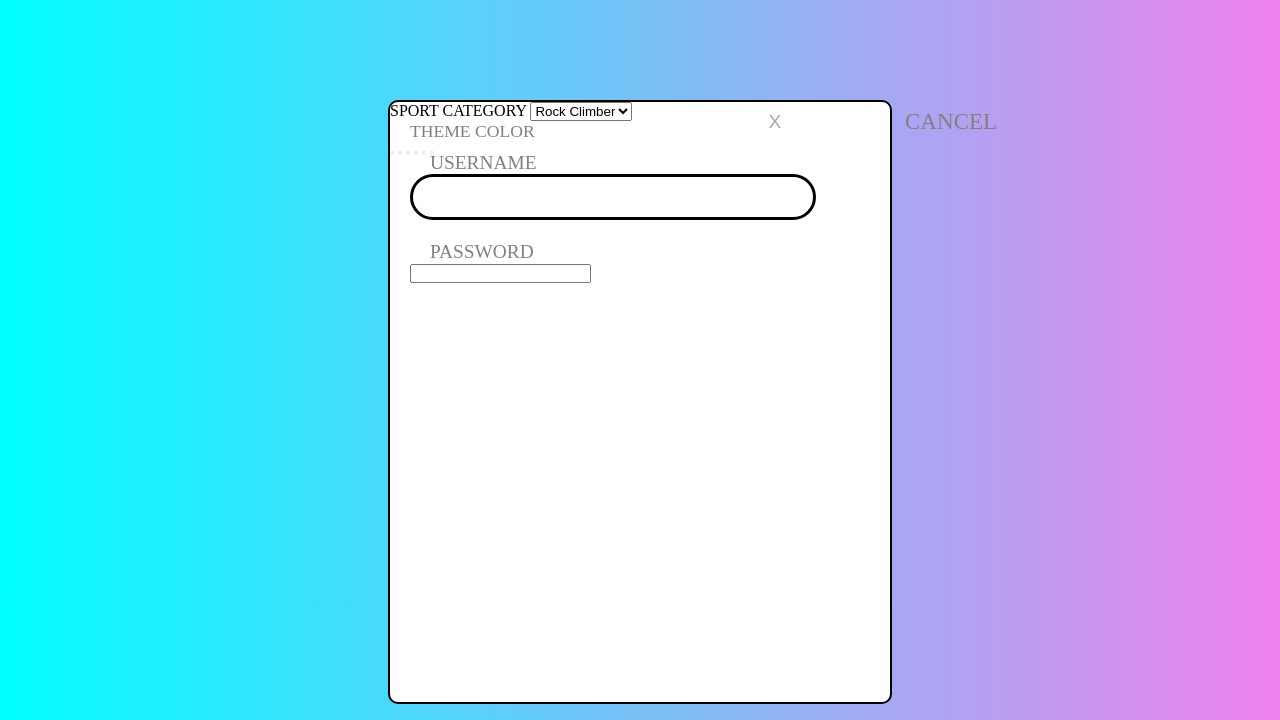
Repository: zRush1202/LoginPage-demo
Page: dom/exercise/login.html
These files come from the project's save history. The page is drawn as it stood at one moment and after the next save; the edit follows.
The browser window is 1280 px wide. The pictures show the whole page.

Above is the page before, as saved 2023-09-17 09:26:57.

### dom/exercise/login.html
<!DOCTYPE html>
<html lang="en">
<head>
    <meta charset="UTF-8">
    <meta name="viewport" content="width=device-width, initial-scale=1.0">
    <title>Login page</title>
    <link rel="stylesheet" href="login.css">
</head>
<body>
    <div class="login">
        <div class="cancel">
            <button class="X">X</button>
            <span class="cancel">CANCEL</span>
        </div>
        <div class="tk">
            <span class="us">USERNAME</span>
            <br>
            <input type="USERNAME" class="user">
            <br>
            <span class="pa">PASSWORD</span>
            <br>
            <input type="PASSWORD" class="pass">
            <br>
        </div>
        <div>
            <label for="sport">SPORT CATEGORY</label>
            <select name="sport" id="sport">
                <option value="rc">Rock Climber</option>
                <option value="fb">Football</option>
                <option value="bkb">basketball</option>
                <option value="sm">swimming</option>
            </select>
        </div>
        <div>
            <span>THEME COLOR</span>
            <br>
            <button class="bgc" style="color: pink;"></button>
            <button class="bgc" style="color: wheat;"></button>
            <button class="bgc" style="color: green;"></button>
            <button class="bgc" style="color: violet;"></button>
            <button class="bgc" style="color: cyan;"></button>
            <button class="bgc" style="color: gray;"></button>
        </div>
    </div>
</body>
</html>

### dom/exercise/login.css
* {
    margin: 0;
    padding: 0;
}

body {
    display: flex;
    justify-content: center;
    align-items: center;
    position: relative;
    top: 100px;
    background-image: linear-gradient(to right, cyan, violet);
}

.login {
    display: block;
    width: 500px;
    height: 600px;
    background-color: white;
    border: 2px solid black;
    border-radius: 10px;
    position: relative;
}

.cancel {
    position: absolute;
    right: 5px;
    top: 3px;
}

.cancel {
    font-size: 120%;

}

.X {
    height: 20px;
    width: 20px;
    color: darkgray;
    font-size: 100%;
    border: none;
    background-color: transparent;
    position: absolute;
    right: 100px;
    top: 6px;
}

.user {
    height: 40px;
    width: 400px;
    border-radius: 50px;
    border: 3px solid black;
    margin-top: 5px;
    display: block;margin: 0 auto;
}

.tk, span {
    font-size: 110%;
    color: gray;
    position: absolute;
    left: 20px;
}

.us {
    position: relative;
}

.tk {
    position: absolute;
    top: 50px;
}

After the next save:
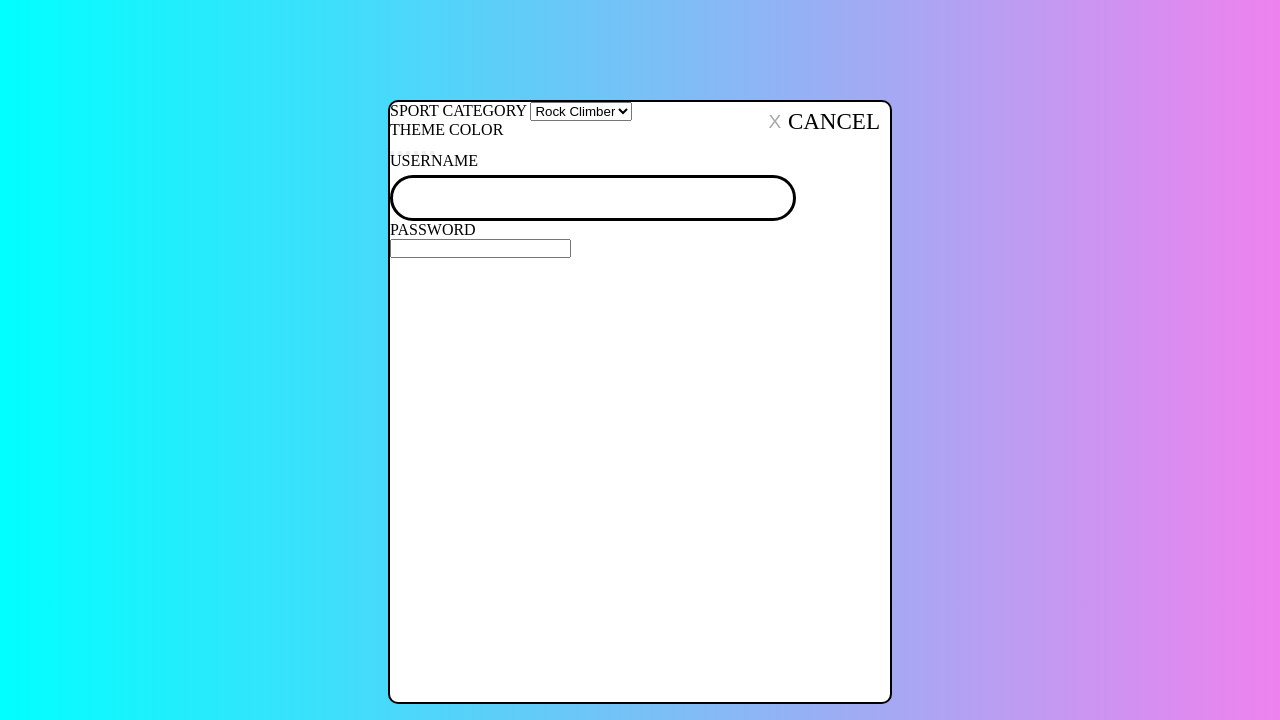
Saved 34 s later.
--- a/dom/exercise/login.css
+++ b/dom/exercise/login.css
@@ -51,14 +51,7 @@ body {
     border-radius: 50px;
     border: 3px solid black;
     margin-top: 5px;
-    display: block;margin: 0 auto;
-}
 
-.tk, span {
-    font-size: 110%;
-    color: gray;
-    position: absolute;
-    left: 20px;
 }
 
 .us {
